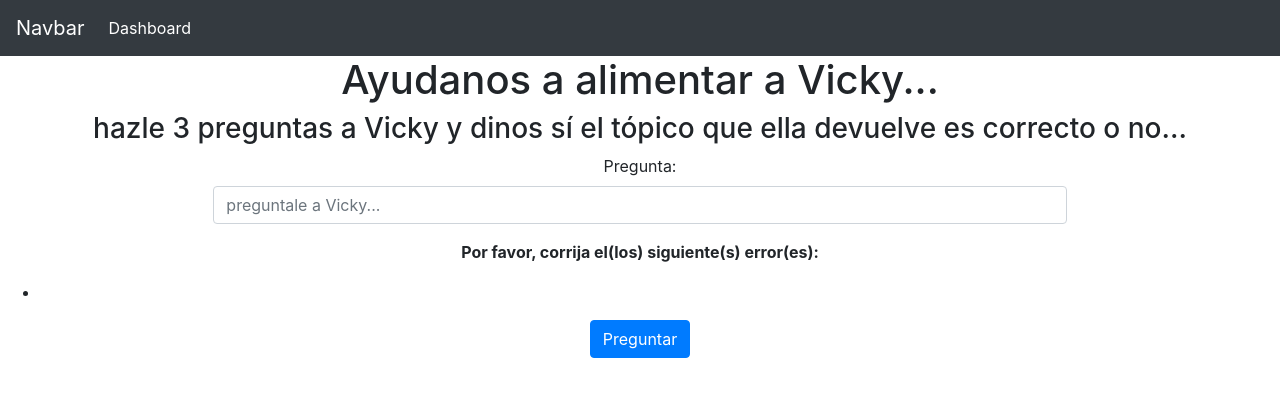
Repository: Crixtiancub/feedback_Vicky
Page: http://localhost/
The author's editor kept a copy of each file at every save. The page is drawn from the files as they stood at one save, then again after the next save.
The browser window is 1280 px wide. The pictures show the whole page.
The page is served by the project's application, run on Django 3.2 (manage.py). Other server files are loaded and not shown.

Above is the page before, as saved 2021-05-10 16:45:15.

### vicky/templates/dashboard.html
{% extends 'main.html' %}

{% block content %}

<script>

    // window.onbeforeunload = function(event) {
    //     event.preventDefault();
    //     return false;
    // }

    const app = new Vue({
        el: '#preguntar_Vicky',
        data: {
            errors: [],
            pregunta: null,
        },
        methods:{
            checkForm: function (e) {

                if (this.pregunta) {
                    $('#target').show(); //muestro mediante id
                    return true;
                }

                this.errors = [];

                if (!this.pregunta) {
                    this.errors.push('Por favor, realice una pregunta.');
                }

                e.preventDefault();
            }
        }
    })

	$(document).ready(function(){
		$("#responder_Si").on( "click", function() {
			$('#target').hide(); //oculto mediante id
		});
        $("#responder_No").on( "click", function() {
			$('#target').hide(); //oculto mediante id
		});
	});

</script>

<center>
    <h1>Ayudanos a alimentar a Vicky...</h1>

    <h3>hazle {{ num_visits }} {%if num_visits == 1%} pregunta{% else %}
        preguntas{% endif %}  a Vicky y dinos sí el tópico que ella
        devuelve es correcto o no...</h3>

    <form id="preguntar_Vicky" @submit="checkForm" method="POST">
        {% csrf_token%}

        <div class="form-group">
            <label for="txt_pregunta_Vicky">Pregunta:</label><br>

            <input type="text" id="txt_pregunta_Vicky"
            name="pregunta_Vicky" v-model="pregunta" class="col-sm-8 form-control"
            placeholder="preguntale a Vicky..." >
        </div>

        <p v-if="errors.length">
            <b>Por favor, corrija el(los) siguiente(s) error(es):</b>
            <ul>
              <li v-for="error in errors">{{ error }}</li>
            </ul>
        </p>

        <input type="submit" id="preguntar" class="btn btn-primary" value="Preguntar">
    </form>

    <br>

    <div id="target" style="display: none;">
        <form method="POST">
            {% csrf_token%}

            <h3>Su pregunta para Vicky fue...</h3>
            <input type="text" aling="center" class="col-sm-8" readonly name="retorno_Pregunta" value="{{ pregunta }}" >
            <br>
            <br>

            <h3>La respuesta Vicky es...</h3>
            <input type="text" aling="center" class="col-sm-8" readonly name="retorno_Respuesta" value="{{ respuesta }}">
            <br>

            <h3>Vicky contesto correctamente ?</h3>
            <br>

            <input type="submit" class="col-sm-2 btn btn-primary" id="responder_Si" value="Si" name="Si" >
            <input type="submit" class="col-sm-2 btn btn-warning" id="responder_No" value="No" name="No" >
        </form>
    </div>

</center>

{% endblock %}

### vicky/templates/main.html
<!DOCTYPE html>
 <!-- Latest compiled and minified CSS -->
 <link rel="stylesheet" href="https://maxcdn.bootstrapcdn.com/bootstrap/4.5.2/css/bootstrap.min.css">

 <!-- jQuery library -->
 <script src="https://ajax.googleapis.com/ajax/libs/jquery/3.5.1/jquery.min.js"></script>

 <!-- Popper JS -->
 <script src="https://cdnjs.cloudflare.com/ajax/libs/popper.js/1.16.0/umd/popper.min.js"></script>

 <!-- Latest compiled JavaScript -->
 <script src="https://maxcdn.bootstrapcdn.com/bootstrap/4.5.2/js/bootstrap.min.js"></script>

<!-- versión de desarrollo, incluye advertencias de ayuda en la consola -->
<script src="https://unpkg.com/vue"></script>

<html>
    <head>
        <title>
            Prueba1
        </title>
    </head>
    <body>
        {% include 'navbar.html' %}

        {% block content %}

        {% endblock %}
    </body>
</html>

### vicky/templates/navbar.html
 <nav class="navbar navbar-expand-lg navbar-dark bg-dark">
    <a class="navbar-brand" href="#">Navbar</a>
    <button class="navbar-toggler" type="button" data-toggle="collapse" data-target="#navbarSupportedContent" aria-controls="navbarSupportedContent" aria-expanded="false" aria-label="Toggle navigation">
      <span class="navbar-toggler-icon"></span>
    </button>

    <div class="collapse navbar-collapse" id="navbarSupportedContent">
      <ul class="navbar-nav mr-auto">
        <li class="nav-item active">
          <a class="nav-link" href="{% url 'home' %}" disabled="true">Dashboard</a>
        </li>
        <!-- <li class="nav-item dropdown">
          <a class="nav-link dropdown-toggle" href="#" id="navbarDropdown" role="button" data-toggle="dropdown" aria-haspopup="true" aria-expanded="false">
            Dropdown
          </a>
          <div class="dropdown-menu" aria-labelledby="navbarDropdown">
            <a class="dropdown-item" href="#">Action</a>
            <a class="dropdown-item" href="#">Another action</a>
            <div class="dropdown-divider"></div>
            <a class="dropdown-item" href="#">Something else here</a>
          </div>
        </li>
        <li class="nav-item">
          <a class="nav-link disabled" href="#">Disabled</a>
        </li>
      </ul>
      <form class="form-inline my-2 my-lg-0">
        <input class="form-control mr-sm-2" type="search" placeholder="Search" aria-label="Search">
        <button class="btn btn-outline-success my-2 my-sm-0" type="submit">Search</button>
      </form> -->
    </div>
  </nav>

### vicky/views.py
from django.shortcuts import render, redirect
import os
from modelo_IA.archivos_Python.pipeline import Pipeline
from vicky import templates
from .models import *
model = Pipeline()
# Create your views here.

def home(request):

    num_visits = request.session.get('num_visits', 3)

    # if num_visits == 0:
    #     request.session['num_visits'] = 3

    #     pregunta = str(request.POST['pregunta_Vicky'])
    #     respuesta = model.run_model(pregunta)

    #     if 'Si' in request.POST:
    #         acierto = str(request.POST.get('Si'))
    #     else:
    #         acierto = str(request.POST.get('No'))

    #     envio_Pregunta = preguntas_Vicky(
    #         pregunta=pregunta,
    #         respuesta=respuesta,
    #         acierto= acierto
    #         )

    #     envio_Pregunta.save()

    #     return render(request, 'dashboard.html' , context)

    # if request.POST:
    #     request.session['num_visits'] = num_visits - 1

    #     pregunta = str(request.POST['pregunta_Vicky'])
    #     respuesta = model.run_model(pregunta)

    #     if 'Si' in request.POST:
    #         acierto = str(request.POST.get('Si'))
    #     else:
    #         acierto = str(request.POST.get('No'))

    #     envio_Pregunta = preguntas_Vicky(
    #         pregunta=pregunta,
    #         respuesta=respuesta,
    #         acierto= acierto
    #         )
    #     envio_Pregunta.save()

    #     context = {
    #         'num_visits': num_visits,
    #     }

    #     return render(request, 'dashboard.html' , context)
    # else:

    contexto = {
        'num_visits': num_visits,
    }

    return render(request, 'dashboard.html', contexto)


def noVisitas(request):
    return render(request, 'noVisitas.html')

def respuesta_Vicky(request):
    pregunta = str(request.POST['pregunta_Vicky'])
    respuesta = model.run_model(pregunta)
    context = {
        "pregunta":pregunta,
        "respuesta":respuesta
    }
    return render(request, 'respuesta_Vicky.html', context)

### prueba_Vicky/urls.py
"""prueba_Vicky URL Configuration

The `urlpatterns` list routes URLs to views. For more information please see:
    https://docs.djangoproject.com/en/3.2/topics/http/urls/
Examples:
Function views
    1. Add an import:  from my_app import views
    2. Add a URL to urlpatterns:  path('', views.home, name='home')
Class-based views
    1. Add an import:  from other_app.views import Home
    2. Add a URL to urlpatterns:  path('', Home.as_view(), name='home')
Including another URLconf
    1. Import the include() function: from django.urls import include, path
    2. Add a URL to urlpatterns:  path('blog/', include('blog.urls'))
"""
from django.contrib import admin
from django.urls import path, include

urlpatterns = [
    path('admin/', admin.site.urls),
    path('', include('vicky.urls'))
]

### vicky/urls.py
from django.urls import path
from . import views


# Direccionamiento de las paginas
urlpatterns = [
    path(r'', views.home, name='home'),
    path(r'noVisitas/', views.noVisitas, name="noVisitas"),
    path(r'respuesta_Vicky/', views.respuesta_Vicky, name='respuesta_Vicky')
]

After the next save:
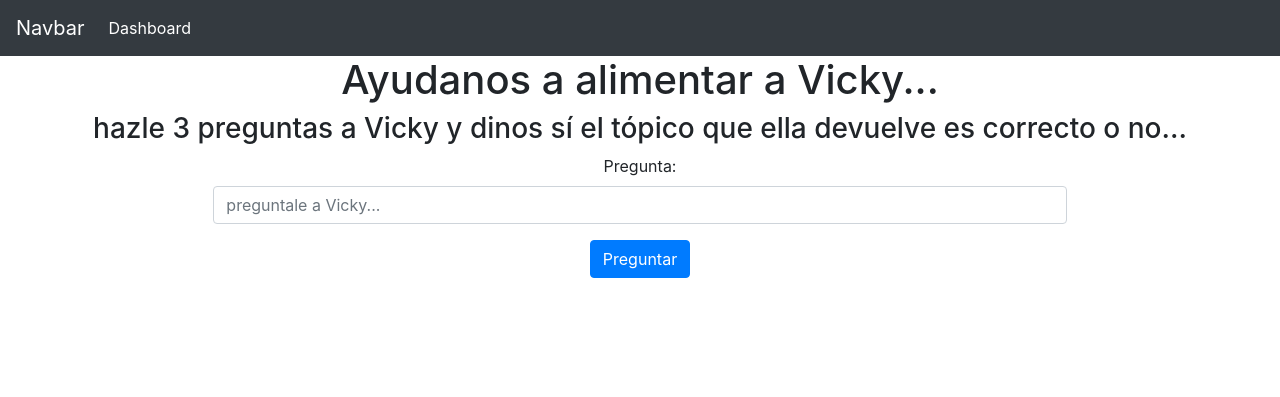
Saved 78 s later.
--- a/vicky/templates/dashboard.html
+++ b/vicky/templates/dashboard.html
@@ -1,49 +1,6 @@
 {% extends 'main.html' %}
 
 {% block content %}
-
-<script>
-
-    // window.onbeforeunload = function(event) {
-    //     event.preventDefault();
-    //     return false;
-    // }
-
-    const app = new Vue({
-        el: '#preguntar_Vicky',
-        data: {
-            errors: [],
-            pregunta: null,
-        },
-        methods:{
-            checkForm: function (e) {
-
-                if (this.pregunta) {
-                    $('#target').show(); //muestro mediante id
-                    return true;
-                }
-
-                this.errors = [];
-
-                if (!this.pregunta) {
-                    this.errors.push('Por favor, realice una pregunta.');
-                }
-
-                e.preventDefault();
-            }
-        }
-    })
-
-	$(document).ready(function(){
-		$("#responder_Si").on( "click", function() {
-			$('#target').hide(); //oculto mediante id
-		});
-        $("#responder_No").on( "click", function() {
-			$('#target').hide(); //oculto mediante id
-		});
-	});
-
-</script>
 
 <center>
     <h1>Ayudanos a alimentar a Vicky...</h1>
@@ -98,4 +55,47 @@
 
 </center>
 
+<script>
+
+    // window.onbeforeunload = function(event) {
+    //     event.preventDefault();
+    //     return false;
+    // }
+
+    const app = new Vue({
+        el: '#preguntar_Vicky',
+        data: {
+            errors: [],
+            pregunta: null,
+        },
+        methods:{
+            checkForm: function (e) {
+
+                if (this.pregunta) {
+                    $('#target').show(); //muestro mediante id
+                    return true;
+                }
+
+                this.errors = [];
+
+                if (!this.pregunta) {
+                    this.errors.push('Por favor, realice una pregunta.');
+                }
+
+                e.preventDefault();
+            }
+        }
+    })
+
+	$(document).ready(function(){
+		$("#responder_Si").on( "click", function() {
+			$('#target').hide(); //oculto mediante id
+		});
+        $("#responder_No").on( "click", function() {
+			$('#target').hide(); //oculto mediante id
+		});
+	});
+
+</script>
+
 {% endblock %}
